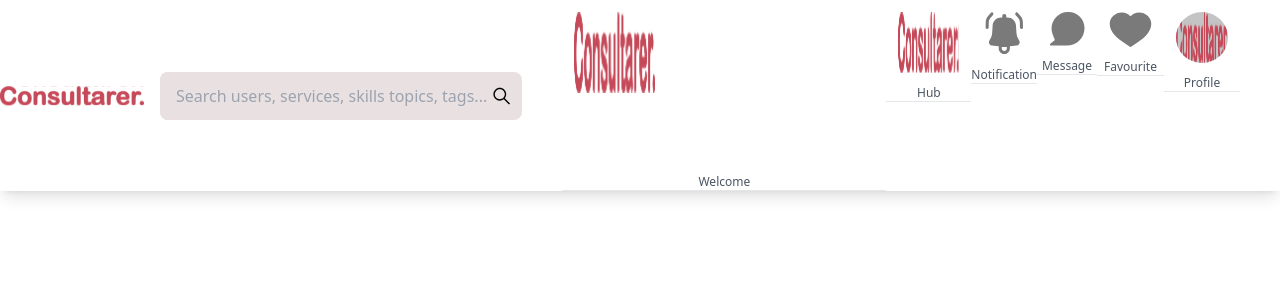
Repository: hisreal123/Consultarer
Page: /
These files come from the project's save history. The page is drawn as it stood at one moment and after the next save; the edit follows.
The browser window is 1280 px wide. The pictures show the whole page.
The project was rebuilt for these pictures with package versions that can differ from the ones it lists, and the page was loaded fresh each time. The framework's server and built-in components were replaced by stand-ins that run in the browser. Also part of the build but not shown: next.config.js, webpack.config.js.

Above is the page before, as saved 2022-04-19 16:52:37.

### pages/index.js
import Head from "next/head";
import Image from "next/image";
import { TopNav } from "../components/TopNav/TopNav";

export default function Home() {
  return (
    <div className="">
      <Head>
        <title>Create Next App</title>
        <meta name="description" content="Generated by create next app" />
        <link rel="icon" href="/favicon.ico" />
      </Head>

      <main>
        <TopNav />
      </main>
    </div>
  );
}

### components/TopNav/TopNav.js
import Link from "next/link";
import React from "react";
import NavItems from "./NavItems";
import LogoPng from "../svgs/jpegLogo.jpg";
import Logo from "../svgs/logo.svg";

// svg-icons
import Briefcase from "../svgs/briefcase.svg";
import Hub from "../svgs/ash-02.svg";
import Bell from "../svgs/bell.svg";
import Msg from "../svgs/msg.svg";
import Fav from "../svgs/fav.svg";
import Profile from "../svgs/unsplash_x9cXI2eQLBw.svg";
import Search from "./Search";
import Image from "next/image";

export const TopNav = () => {
  const IcconStyle = "text-[32px]";

  return (
    <div className=" shadow-lg h-100">
      <div className=" relative container mx-auto flex items-center w-screen justify-between">
        <div className="logo relative  ">
          <Logo className="text-9xl fit h-10 w-36 " />
        </div>

        {/* Search Comonent */}
        <Search widthStyle="w-[603px] ml-4 hover:text-green-400 " />

        {/* NAv right*/}
        <div className="nav inline-flex text-center flex-1 mx-10 justify-between">
          <NavItems
            title="Welcome"
            icon={<Briefcase className={IcconStyle} />}
          />
          <NavItems title="Hub" icon={<Hub className={IcconStyle} />} />

          <NavItems
            title="Notification"
            icon={<Bell className={IcconStyle} />}
          />

          <NavItems title="Message" icon={<Msg className={IcconStyle} />} />

          <NavItems title="Favourite" icon={<Fav className={IcconStyle} />} />

          <NavItems title="Profile" icon={<Profile className={IcconStyle} />} />
        </div>
      </div>
    </div>
  );
};

### components/TopNav/NavItems.js
import Link from "next/link";
import React from "react";

const NavItems = ({ title, icon, status }) => {
  return (
    <nav>
      <ul>
        <li>
          <Link href="/#" passHref={true} className="group ">
            <a className="lg:flex lg:flex-col lg:items-center hover:text-black lg:text-gray-600 lg:text-xs  trasition lg:border-b lg:hover:border-b-black">
              <span className="hover:text-green block lg:p-3  ">{icon}</span>
              <span className="font-normal hover:scale-105 transition-all">
                {title}

                {status ? "" : " "}
              </span>
            </a>
          </Link>
        </li>
      </ul>
    </nav>
  );
};

export default NavItems;

### components/TopNav/Search.js
import React from "react";
import SearchIcon from "../svgs/search.svg";

const Search = ({widthStyle}) => {
  return (
    <div className={`transition hover:shadow-md  flex items-center  relative bg-[#E9E1E1] justify-between pr-3 rounded-lg group ${widthStyle}` } >
      <input
        type="text"
        name="search"
        id="search"
        placeholder="Search users, services, skills topics, tags... "
        className=" bg-[#E9E1E1] py-3 pl-4 w-full rounded-lg border-0 focus:outline-0 text-gray-600"
      />
      <SearchIcon className='transition hover:scale-105 cursor-pointer  '/>
    </div>
  );
};

export default Search;

Loaded but not shown: pages/_app.js (common file); styles/globals.css (common file); tailwind.config.js (common file)

After the next save:
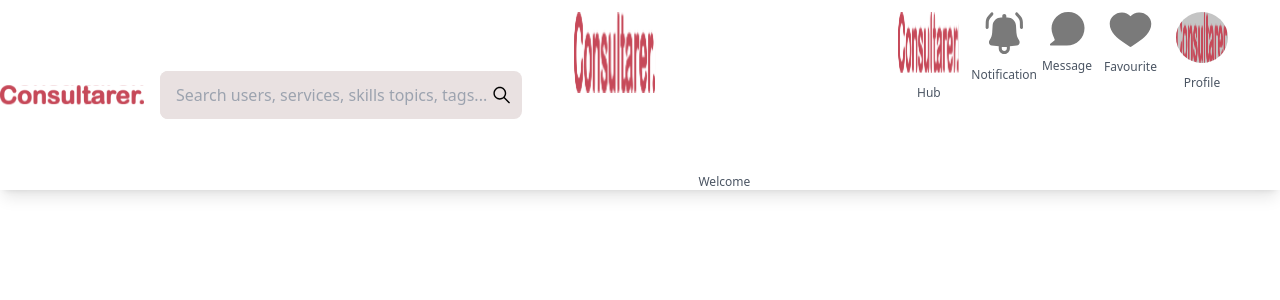
Saved 15 s later.
--- a/components/TopNav/NavItems.js
+++ b/components/TopNav/NavItems.js
@@ -7,7 +7,7 @@
       <ul>
         <li>
           <Link href="/#" passHref={true} className="group ">
-            <a className="lg:flex lg:flex-col lg:items-center hover:text-black lg:text-gray-600 lg:text-xs  trasition lg:border-b lg:hover:border-b-black">
+            <a className="lg:flex lg:flex-col lg:items-center hover:text-black lg:text-gray-600 lg:text-xs  trasition  lg:hover:border-b-black">
               <span className="hover:text-green block lg:p-3  ">{icon}</span>
               <span className="font-normal hover:scale-105 transition-all">
                 {title}
